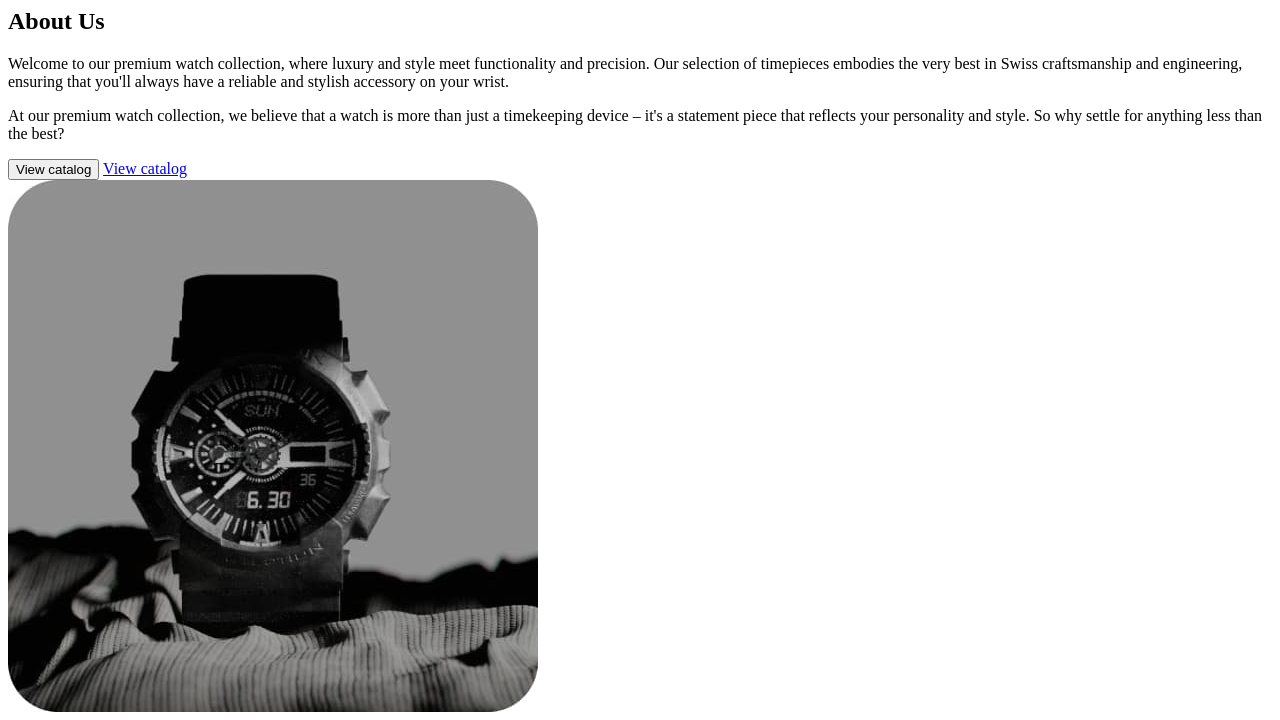
Repository: DenysOvsiienko/105-cyber-solutions-team-project
Page: src/partials/about-us.html
The author's editor kept a copy of each file at every save. The page is drawn from the files as they stood at one save, then again after the next save.
The browser window is 1280 px wide. The pictures show the whole page.

Above is the page before, as saved 2024-03-23 00:17:38.

After the next save:
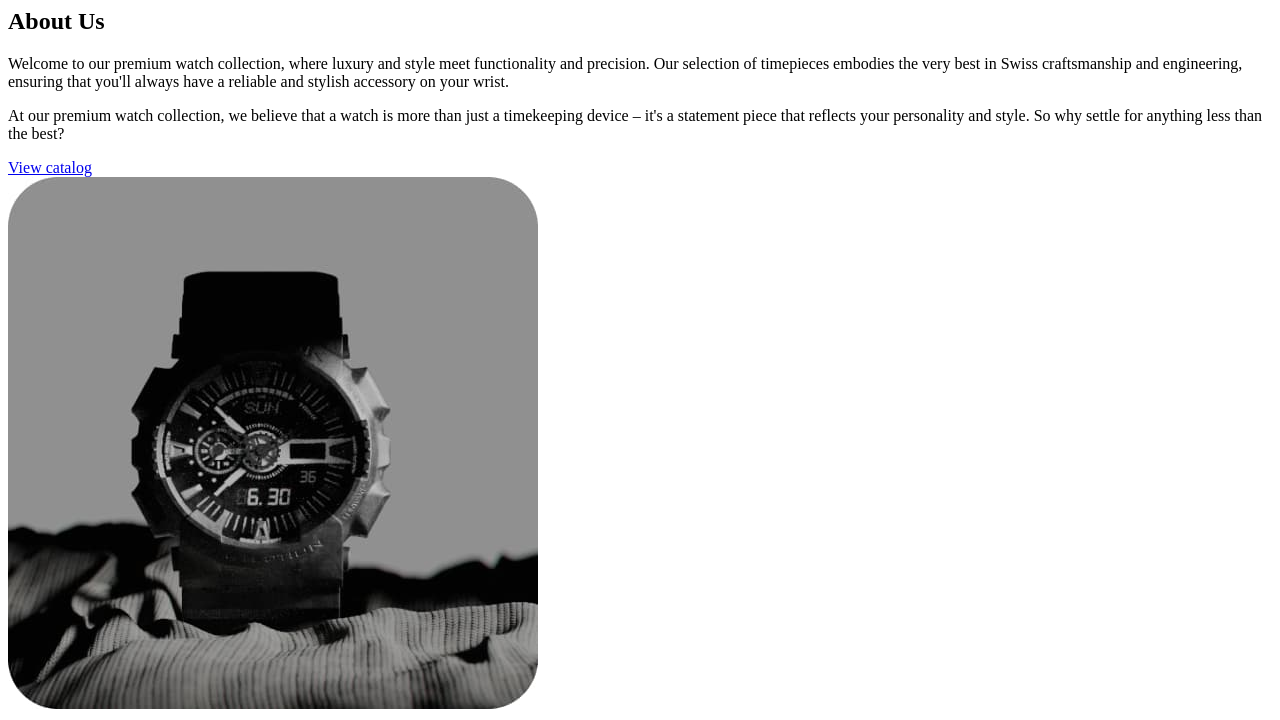
Saved 20 s later.
--- a/src/partials/about-us.html
+++ b/src/partials/about-us.html
@@ -15,7 +15,6 @@
           personality and style. So why settle for anything less than the best?
         </p>
       </div>
-      <button type="button" class="main-btn">View catalog</button>
       <a href="#catalog" class="about-us-catalog-container">View catalog</a>
     </div>
     <div class="about-us-photo">
